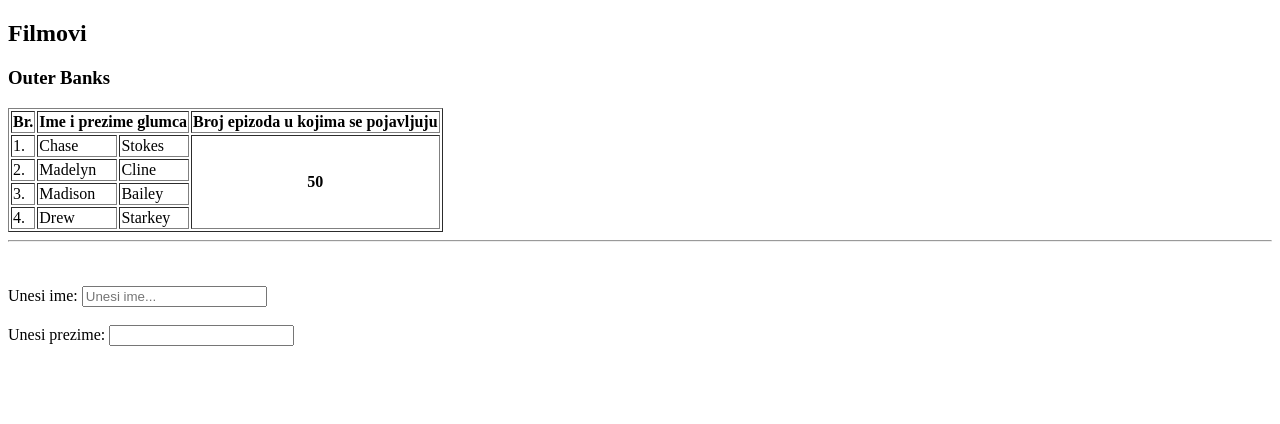
Repository: larabiondic/wp_biondic_lara
Page: Domace zadace/Zadaća.2.html
The author's editor kept a copy of each file at every save. The page is drawn from the files as they stood at one save, then again after the next save.
The browser window is 1280 px wide. The pictures show the whole page.

Above is the page before, as saved 2025-11-03 20:32:13.

### Domace zadace/Zadaća.2.html
<!DOCTYPE html>
<html lang="en">
<head>
    <meta name="viewport" content="width=device-width, initial-scale=1.0">
    <meta name="description" content="Zadaća 2.">
    <meta name="keywords" content="HTML, CSS, JavaScript">
    <meta name="author" content="Lara Biondić">
    <title>Zadaća 2.</title>
</head>
<body>
    <h2>Filmovi</h2>
    <h3>Outer Banks</h3>
    <table border="1">
        <tr>
            <th>Br.</th>
            <th colspan="2">Ime i prezime glumca</th>
            <th>Broj epizoda u kojima se pojavljuju</th>
        </tr>
        <tr>
            <td>1.</td>
            <td>Chase</td>
            <td>Stokes</td>
            <th rowspan="4">50</th>
        </tr>
        <tr>
            <td>2.</td>
            <td>Madelyn</td>
            <td>Cline</td>

        </tr>
        <tr>
            <td>3.</td>
            <td>Madison</td>
            <td>Bailey</td>

        </tr>
        <tr>
            <td>4.</td>
            <td>Drew</td>
            <td>Starkey</td>

        </tr>

    </table>
    <hr>
    <br><br>
    <form action="#" method="get">
        <label for="ime">Unesi ime:</label>
        <input type="text" id="Ime" placeholder="Unesi ime...">
        <br>
        <br>
        <label for="prezime">Unesi prezime:</label>
        <input type="text" id="prezime">
    </form>
</body>
</html>

After the next save:
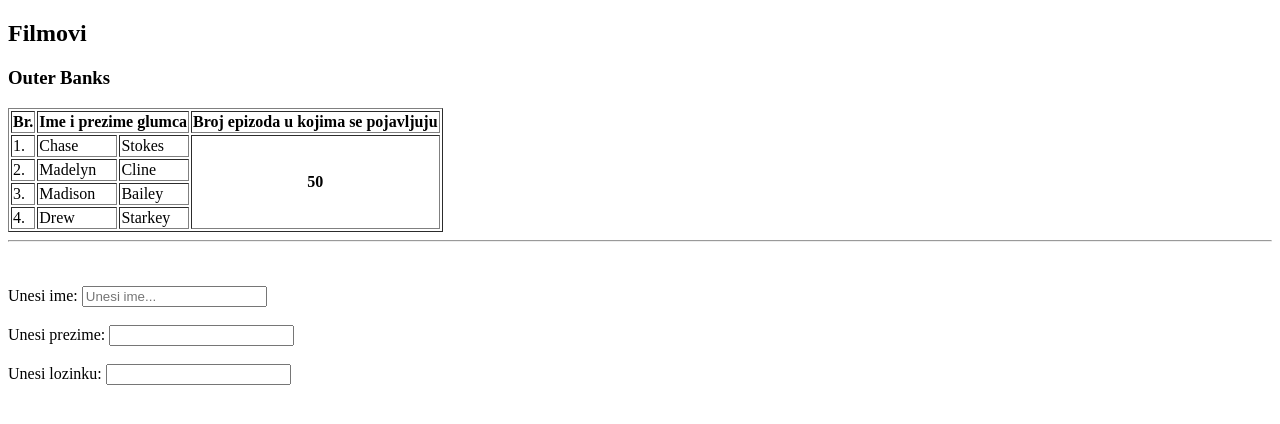
Saved 72 s later.
--- a/Domace zadace/Zadaća.2.html
+++ b/Domace zadace/Zadaća.2.html
@@ -51,6 +51,12 @@
         <br>
         <label for="prezime">Unesi prezime:</label>
         <input type="text" id="prezime">
+        <br>
+        <br>
+        <label for="pass">Unesi lozinku:</label>
+        <input type="password" name="pass" id="pass" required>
+        <br>
+        <br>
     </form>
 </body>
 </html>
